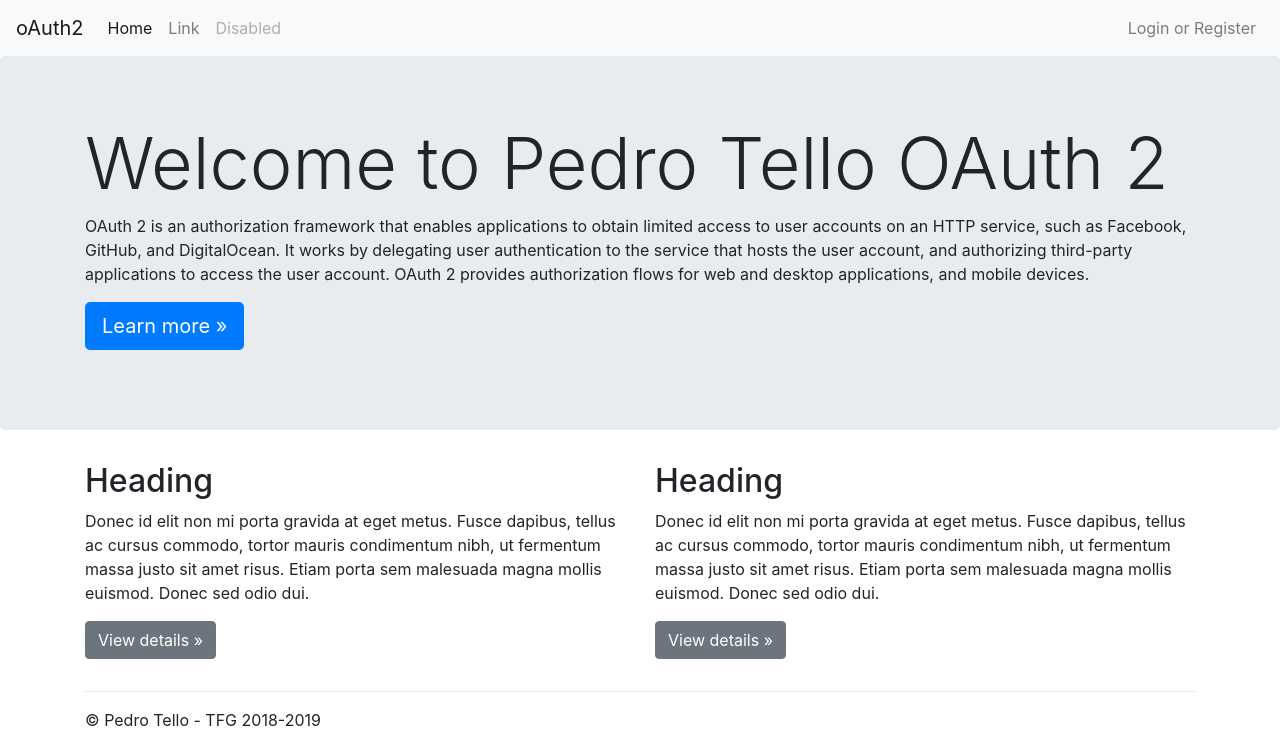
Repository: Xevit/eclipse-workspace
Page: AplicationOAuth2/src/main/webapp/index.html
These files come from the project's save history. The page is drawn as it stood at one moment and after the next save; the edit follows.
The browser window is 1280 px wide. The pictures show the whole page.
Some web libraries are served in a nearby version.

Above is the page before, as saved 2018-08-20 21:23:11.

After the next save:
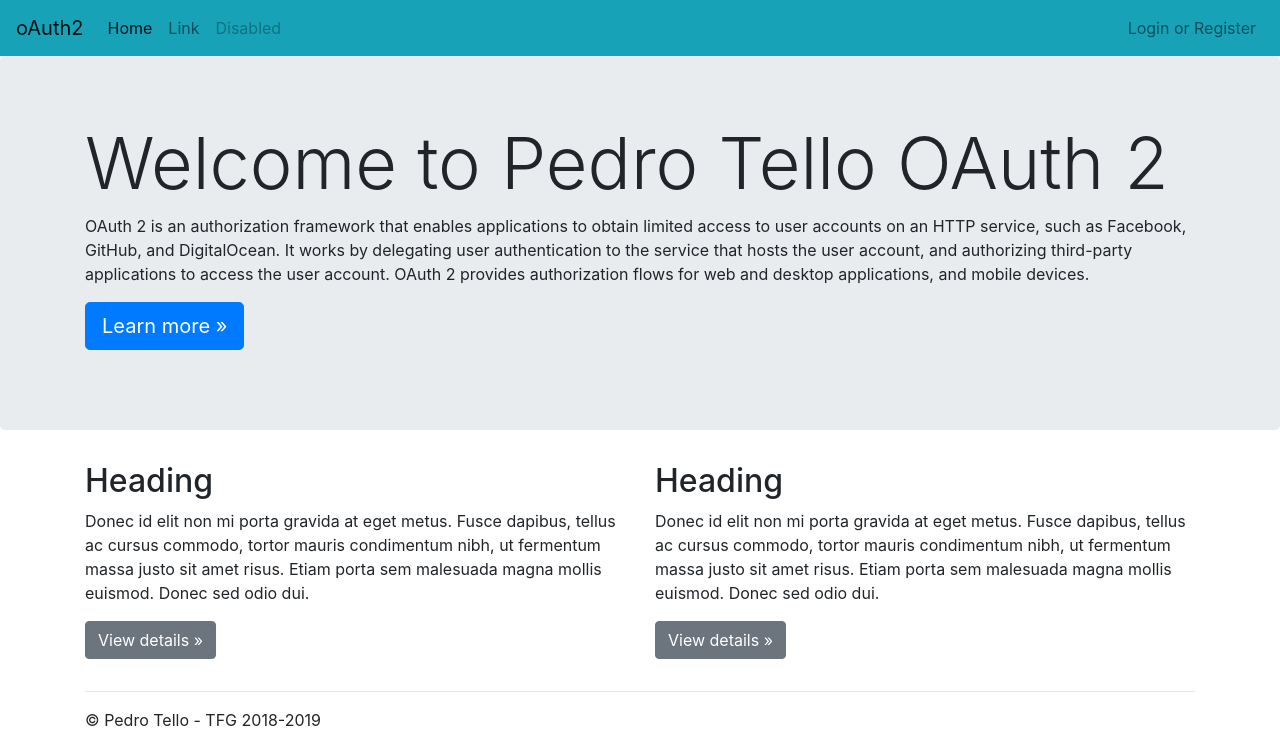
Saved 95 s later.
--- a/AplicationOAuth2/src/main/webapp/index.html
+++ b/AplicationOAuth2/src/main/webapp/index.html
@@ -6,7 +6,7 @@
     <link href="css/jumbotron.css" rel="stylesheet">
 </head>
 <body>
-<nav class="navbar navbar-expand-md navbar-light fixed-top bg-light">
+<nav class="navbar navbar-expand-md navbar-light fixed-top bg-info">
       <a class="navbar-brand" href="#">oAuth2</a>
       <button class="navbar-toggler" type="button" data-toggle="collapse" data-target="#navbarsExampleDefault" aria-controls="navbarsExampleDefault" aria-expanded="false" aria-label="Toggle navigation">
         <span class="navbar-toggler-icon"></span>
